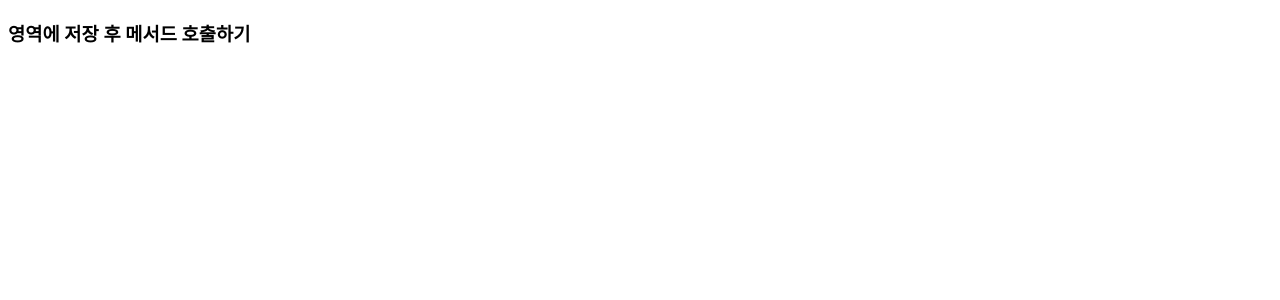
Repository: dogksi/JSP
Page: http://localhost/TestJSP/EL/ELCallMethod.jsp
The author's editor kept a copy of each file at every save. The page is drawn from the files as they stood at one save, then again after the next save.
The browser window is 1280 px wide. The pictures show the whole page.
The page is served by Tomcat 10. Nobody is signed in. The application's start-up code is not run.

Above is the page before, as saved 2023-09-15 08:39:21.

After the next save:
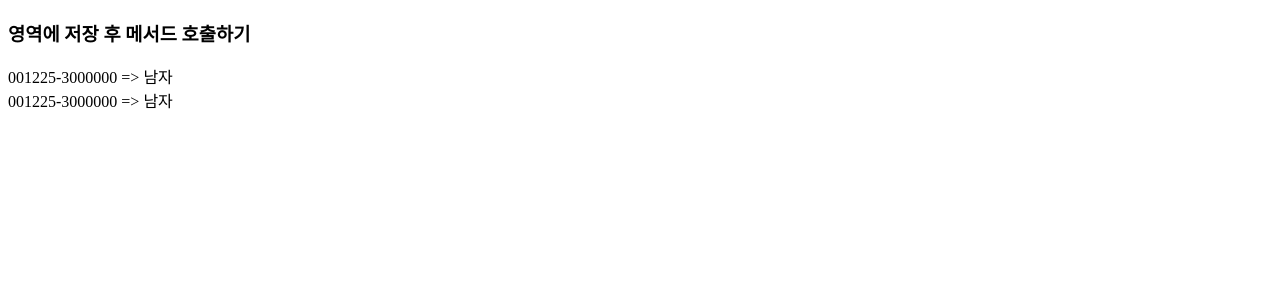
Saved 63 s later.
--- a/TestJSP/src/main/webapp/EL/ELCallMethod.jsp
+++ b/TestJSP/src/main/webapp/EL/ELCallMethod.jsp
@@ -13,5 +13,7 @@ pageContext.setAttribute("myClass", myClass);	// page 영역에 저장
 </head>
 <body>
 	<h3>영역에 저장 후 메서드 호출하기</h3>
+	001225-3000000 => ${ myClass.getGender("001225-3000000") }<br />
+	001225-3000000 => ${ myClass.getGender("001225-3000000") }
 </body>
 </html>
